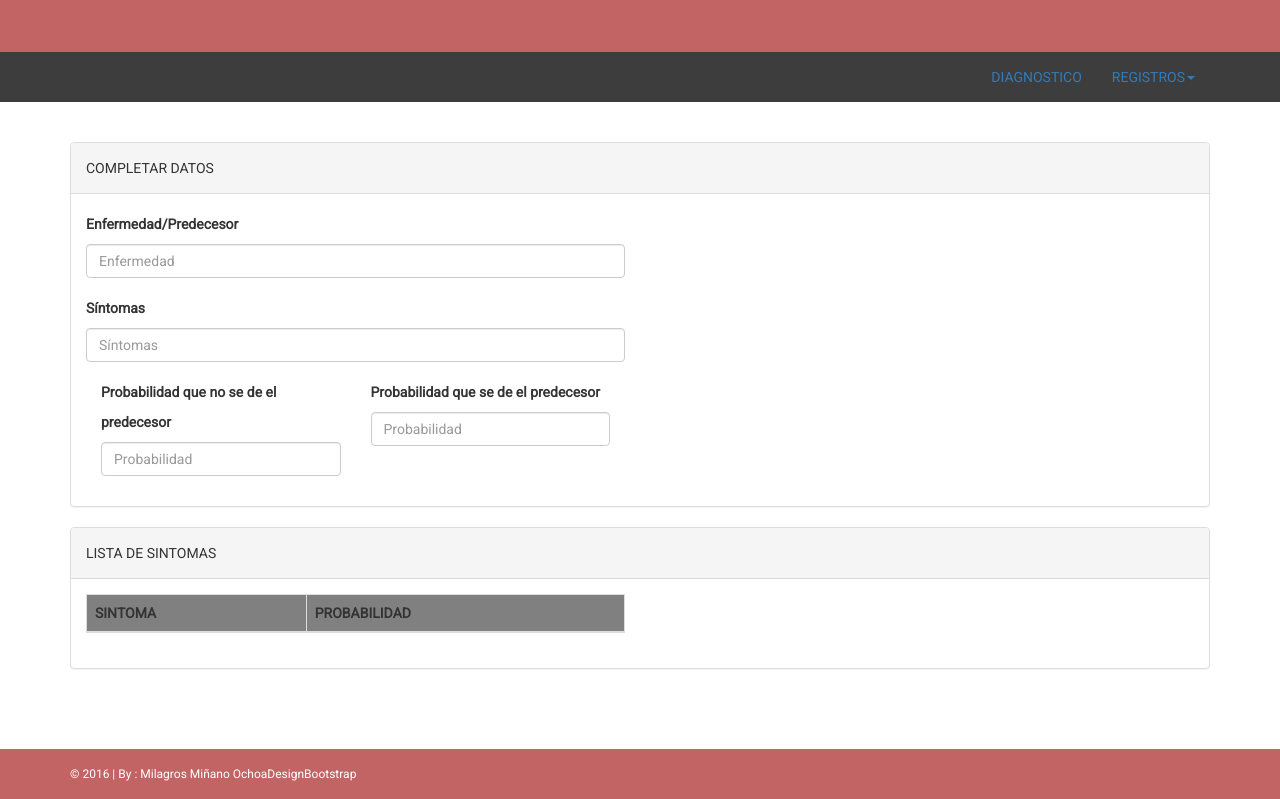
Repository: Mili10/PROYECTOII
Page: http://localhost/Capa_Presentación/frmRegistroSintoma.jsp
The author's editor kept a copy of each file at every save. The page is drawn from the files as they stood at one save, then again after the next save.
The browser window is 1280 px wide. The pictures show the whole page.
The page is served by Tomcat 9.

Above is the page before, as saved 2016-05-16 06:32:03.

### sistema_experto_web/Capa_Presentación/WebContent/frmRegistroSintoma.jsp
<%@ page language="java" contentType="text/html; charset=ISO-8859-1"
    pageEncoding="ISO-8859-1"%>
<!DOCTYPE html PUBLIC "-//W3C//DTD HTML 4.01 Transitional//EN" "http://www.w3.org/TR/html4/loose.dtd">
<html>
<head>
<meta http-equiv="Content-Type" content="text/html; charset=ISO-8859-1">
<title>Insert title here</title>
	<link href="Plantilla/css/bootstrap.css" rel="stylesheet" />
    <link href="Plantilla/css/font-awesome.css" rel="stylesheet" />
    <link href="Plantilla/css/style.css" rel="stylesheet" />
</head>
<body>
	<jsp:include page="includes/masterHeader.jsp"></jsp:include>
	<div class="content-wrapper">
		<div class="container">
			<div class="panel panel-default">
	             <div class="panel-heading">
	               COMPLETAR DATOS
	             </div>
	              <div class="row">
		             <div class="panel-body">
		             	<div class="col-md-6">
						  <form>
						  <div class="form-group">
						    <label for="exampleInputEmail1">Enfermedad/Predecesor</label>
						    <input type="text" class="form-control" placeholder="Enfermedad">
						  </div>
						  <div class="form-group">
						    <label for="exampleInputPassword1">Síntomas</label>
						    <input type="text" class="form-control" placeholder="Síntomas">
						  </div>
						  <div class="col-md-6">
						  	<div class="form-group">
						    <label for="exampleInputEmail1">Probabilidad que no se de el predecesor</label>
						    <input class="form-control" placeholder="Probabilidad">
						  </div>
						  </div>
						  <div class="col-md-6">
						  	<div class="form-group">
						    <label for="exampleInputEmail1">Probabilidad que se de el predecesor</label>
						    <input class="form-control" placeholder="Probabilidad">
						  </div>
						  </div>
						 </form>
						</div>
					  </div>
				  </div>
	         </div>

	         <div class="panel panel-default">
	             <div class="panel-heading">
	               LISTA DE SINTOMAS
	             </div>
	              <div class="row">
		             <div class="panel-body">
		              <div class="col-md-6">
		             	<div class="table-responsive">
                                <table class="table table-striped table-bordered table-hover">
                                    <thead style="background: grey">
                                        <tr>
                                            <th>SINTOMA</th>
                                            <th>PROBABILIDAD</th>
                                        </tr>
                                    </thead>
                                    <tbody>

                                    </tbody>
                                </table>
                            </div>
                         </div>
					  </div>
				  </div>
	         </div>

	      </div>
      </div>


	<jsp:include page="includes/masterFooter.jsp"></jsp:include>

	<script src="Plantilla/js/jquery-1.11.1.js"></script>
    <script src="Plantilla/js/bootstrap.js"></script>
</body>
</html>

### sistema_experto_web/Capa_Presentación/WebContent/includes/masterHeader.jsp
    <div class="navbar navbar-inverse set-radius-zero">
        <div class="container">
            <div class="navbar-header">
                <button type="button" class="navbar-toggle" data-toggle="collapse" data-target=".navbar-collapse">
                    <span class="icon-bar"></span>
                    <span class="icon-bar"></span>
                    <span class="icon-bar"></span>
                </button>
                <a class="navbar-brand" href="index.html">

                </a>

            </div>

        </div>
    </div>
    <!-- LOGO HEADER END-->
    <section class="menu-section">
        <div class="container">
            <div class="row">
                <div class="col-md-12">
                    <div class="navbar-collapse collapse">
                        <ul class="nav navbar-nav navbar-right">
                            <li><a href="frmCuestionario.jsp">DIAGNOSTICO</a></li>
                            <li class="dropdown">
                            	<a href="#" class="dropdown-toggle" data-toggle="dropdown" role="button" aria-haspopup="true" aria-expanded="false">REGISTROS<span class="caret"></span></a>
                            	<ul class="dropdown-menu">
						            <li><a href="frmRegistroSintoma.jsp" role="button">SINTOMA</a></li>
						        </ul>
                            </li>
                        </ul>
                    </div>
                </div>

            </div>
        </div>
    </section>

### sistema_experto_web/Capa_Presentación/WebContent/includes/masterFooter.jsp
<!-- CONTENT-WRAPPER SECTION END-->
    <footer>
        <div class="container">
            <div class="row">
                <div class="col-md-12">
                    &copy; 2016 | By : Milagros Miñano Ochoa<a href="http://www.designbootstrap.com/" target="_blank">DesignBootstrap</a>
                </div>

            </div>
        </div>
    </footer>

### sistema_experto_web/Capa_Presentación/WebContent/Plantilla/css/style.css

/*=============================================================
    Authour URL: www.designbootstrap.com

    http://www.designbootstrap.com/

    License: MIT

    http://opensource.org/licenses/MIT

    100% Free To use For Personal And Commercial Use.

    IN EXCHANGE JUST TELL PEOPLE ABOUT THIS WEBSITE

========================================================  */


/* =============================================================
   GENERAL STYLES
 ============================================================ */

@import url(http://fonts.googleapis.com/css?family=Roboto); /* FREE GOOGLE FONT */

body {
    font-family: 'Roboto', sans-serif;
    line-height: 30px;
}

.set-radius-zero {
    border-radius: 0px;
    -moz-border-radius: 0px;
    -webkit-border-radius: 0px;
}

.content-wrapper {
    margin-top: 40px;
    min-height: 600px;
    padding-bottom: 60px;
}

.page-head-line {
    font-weight: 900;
    padding-bottom: 20px;
    border-bottom: 2px solid #F0677C;
    text-transform: uppercase;
    color: #F0677C;
    font-size: 20px;
    margin-bottom: 40px;
}

.btn {
    border-radius: 0px;
    -webkit-border-radius: 0px;
    -moz-border-radius: 0px;
}

.progress {
    height: 8px;
    border-radius: 0px;
    -webkit-border-radius: 0px;
    -moz-border-radius: 0px;
}
.login-icon {
    height: 60px;
width: 60px;
padding: 13px;
border-radius: 50%;
font-size: 30px;
margin-bottom: 20px;
color: #fff;
text-align: center;
cursor:pointer;
background-color:#F0677C;
-webkit-border-radius:50%;
    -moz-border-radius:50%;
}
/* =============================================================
   HEADER SECTION STYLES
 ============================================================ */
header {
    background-color: #F0677C;
    color: #fff;
    padding: 10px;
    text-align: right;
}


/* =============================================================
   LOGO SECTION STYLES
 ============================================================ */
.left-div {
    padding-left: 30px;
    margin-top: 40px;
    margin-bottom: 30px;
}

.navbar-brand {
    width: 250px;
    padding-top: 30px;
}

/* USER SETTINGS DIV */
.user-settings-wrapper .nav > li > a {
    position: relative;
    display: block;
    padding: 15px 18px;
    border-radius: 50%;
    -webkit-border-radius: 50%;
    -moz-border-radius: 50%;
    height: 60px;
    width: 60px;
    background-color: #F0677C;
    color: #fff;
}

.user-settings-wrapper {
    margin-top: 10px;
}

    .user-settings-wrapper li {
        display: inline-block;
    }

    .user-settings-wrapper .dropdown-settings {
        width: 200px;
        padding: 10px;
    }

    .user-settings-wrapper .nav > li > a:hover,.user-settings-wrapper .nav > li > a:focus {
        text-decoration: none;
        background-color: #C36464!important;
    }

    .user-settings-wrapper img {
        height: 64px;
        width: 64px;
        border: 1px solid #000000;
    }

    .user-settings-wrapper .dropdown-menu {
        margin: 0px;
        border-radius: 0px!important;
        -moz-border-radius: 0px!important;
        -webkit-border-radius: 0px!important;
    }

    .user-settings-wrapper .btn {
        border-radius: 0px!important;
        -moz-border-radius: 0px!important;
        -webkit-border-radius: 0px!important;
    }

    .user-settings-wrapper .media-heading {
        padding-top: 10px;
    }

/* MENU LINKS SECTION*/

.menu-section {
    background-color: #3D3D3D;
}

#menu-top a {
    color: #FFF;
    text-decoration: none;
    font-weight: 500;
    padding: 10px 10px 10px 10px;
    text-transform: uppercase;
}

.menu-top-active {
    background-color: #C36464;
}

.menu-section .nav > li > a:hover,.menu-section .nav > li > a:focus {
    background-color: #F0677C!important;
}

.menu-section .dropdown-menu > li > a:hover,.menu-section .dropdown-menu > li > a:focus {
    background-color: #F0677C!important;
}

.navbar-inverse {
    background-color: #C36464;
    border-color: transparent;
}

.navbar-toggle {
    background-color: #F0677C;
    border: 1px solid #fff;
}

.navbar {
    margin-bottom: 0px;
}
/* =============================================================
   FOOTER SECTION STYLES
 ============================================================ */
footer {
    padding: 10px;
    color: #fff;
    font-size: 12px;
    background-color: #C36464;
}

    footer a, footer a:hover {
        color: #fff;
        text-decoration: none;
    }

/*==============================================
    DASHBOARD  STYLES
 =============================================*/

/* DASHBOARD ICONS */

.bk-clr-one {
    background-color: #B9B739;
}

.bk-clr-two {
    background-color: #F94C4C;
}

.bk-clr-three {
    background-color: #119c7e;
}

.bk-clr-four {
    background-color: #b739b9;
}

.dashboard-div-icon {
    height: 75px;
    width: 75px;
    border: 2px solid #fff;
    padding: 20px;
    border-radius: 50%;
    -webkit-border-radius:50%;
    -moz-border-radius:50%;
    font-size: 30px;
    margin-bottom: 20px;
    color: #fff;
}

.dashboard-div-wrapper {
    border-radius: 5px;
    text-align: center;
    padding: 15px;
    color: #fff;
    margin-bottom: 50px;
}

    .dashboard-div-wrapper .progress {
        height: 2px;
    }

/* NOTICE BOARD */


.notice-board .panel {
    border-radius: 0px;
    -webkit-border-radius: 0px;
    -moz-border-radius: 0px;
}

.notice-board ul {
    padding-left: 0px;
    list-style: none;
}

.notice-board li {
    padding: 10px;
    border-bottom: 1px solid #E5E5E5;
}

    .notice-board li span {
        margin-right: 10px;
        border: 1px solid #DBDBDB;
        padding: 5px;
    }

    .notice-board li a, li a:hover {
        text-decoration: none;
        color: #000;
    }

/* SOCIAL BUTTONS */
.btn-social {
    color: white;
    opacity: 0.8;
}

    .btn-social:hover {
        color: white;
        opacity: 1;
        text-decoration: none;
    }

.btn-facebook {
    background-color: #3b5998;
}

.btn-twitter {
    background-color: #00aced;
}

.btn-linkedin {
    background-color: #0e76a8;
}

.btn-google {
    background-color: #c32f10;
}

Loaded but not shown: sistema_experto_web/Capa_Presentación/WebContent/Plantilla/css/bootstrap.css (library); sistema_experto_web/Capa_Presentación/WebContent/Plantilla/css/font-awesome.css (library); sistema_experto_web/Capa_Presentación/WebContent/Plantilla/js/jquery-1.11.1.js (library); sistema_experto_web/Capa_Presentación/WebContent/Plantilla/js/bootstrap.js (library)

After the next save:
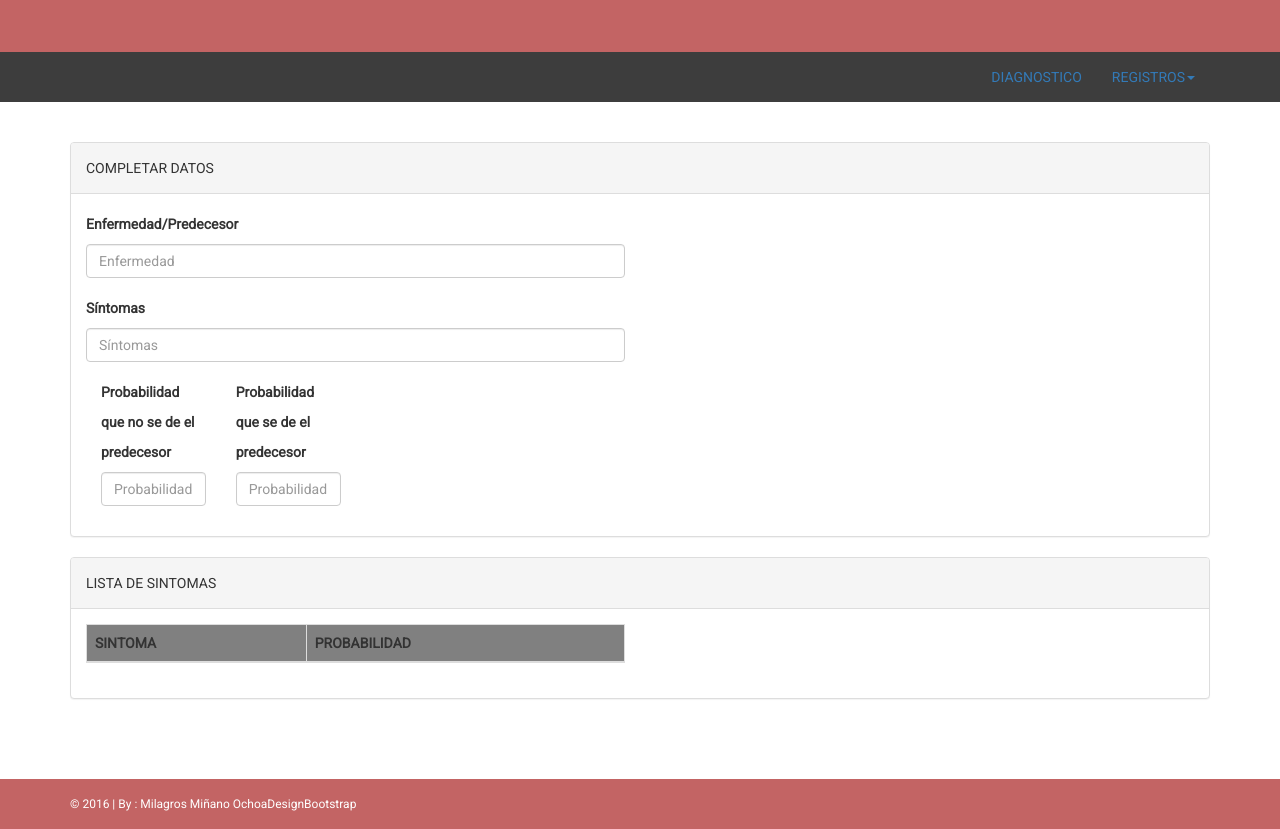
Saved 2 min 24 s later.
--- a/sistema_experto_web/Capa_Presentación/WebContent/frmRegistroSintoma.jsp
+++ b/sistema_experto_web/Capa_Presentación/WebContent/frmRegistroSintoma.jsp
@@ -29,13 +29,13 @@
 						    <label for="exampleInputPassword1">Síntomas</label>
 						    <input type="text" class="form-control" placeholder="Síntomas">
 						  </div>
-						  <div class="col-md-6">
+						  <div class="col-md-3">
 						  	<div class="form-group">
 						    <label for="exampleInputEmail1">Probabilidad que no se de el predecesor</label>
 						    <input class="form-control" placeholder="Probabilidad">
 						  </div>
 						  </div>
-						  <div class="col-md-6">
+						  <div class="col-md-3">
 						  	<div class="form-group">
 						    <label for="exampleInputEmail1">Probabilidad que se de el predecesor</label>
 						    <input class="form-control" placeholder="Probabilidad">
